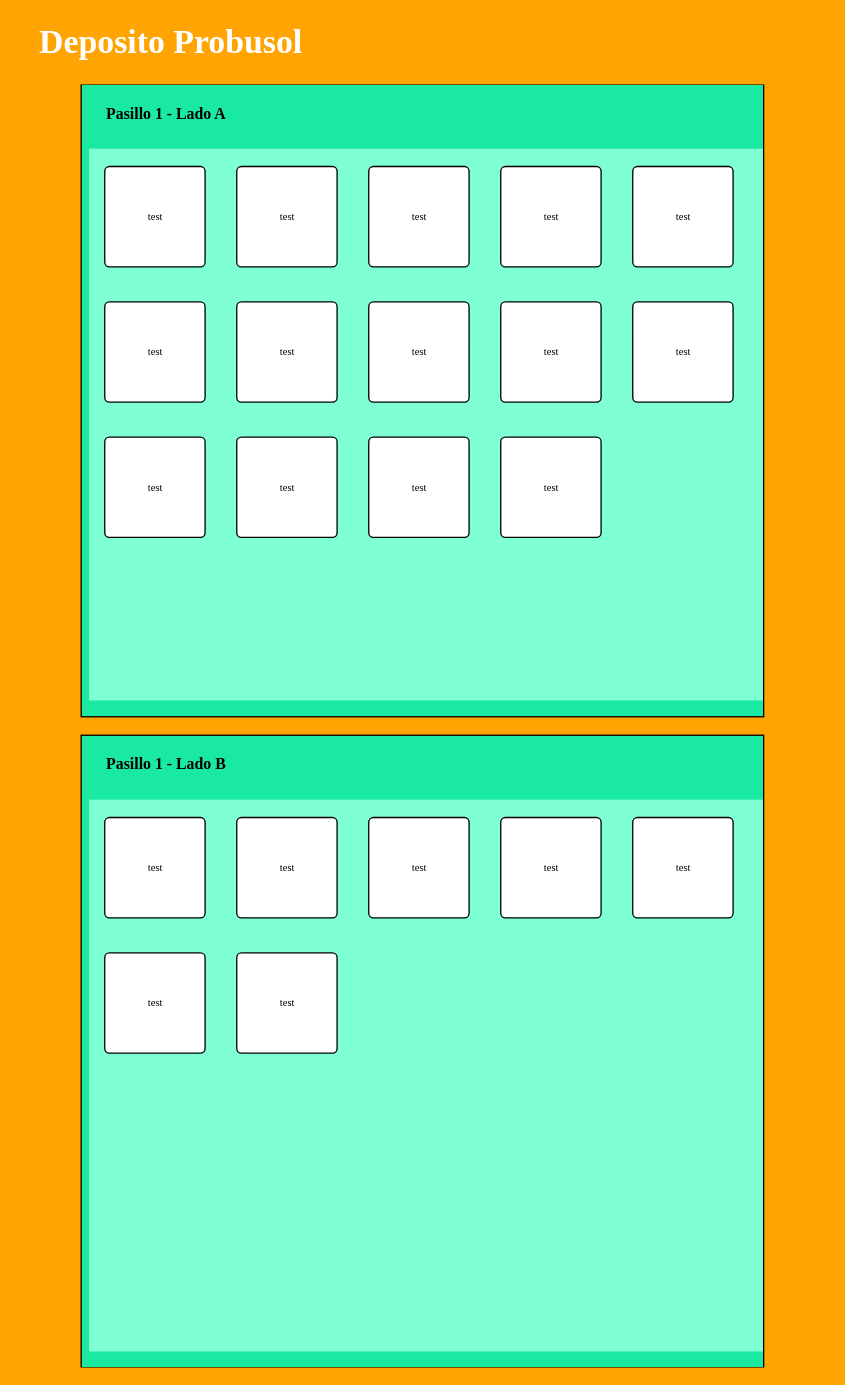
Repository: Franzcod/DepoStock_Web
Page: index.html
These files come from the project's save history. The page is drawn as it stood at one moment and after the next save; the edit follows.
The browser window is 1280 px wide. The pictures show the whole page, at 66% of full size.

Above is the page before, as saved 2020-06-07 18:23:06.
Console error: ReferenceError: ur is not defined

### index.html
<!DOCTYPE html>
<html lang="en">
<head>
    <meta charset="UTF-8">
    <meta name="viewport" content="width=device-width, initial-scale=1.0">
    <title>Deposito Probusol</title>

    <link rel="stylesheet" href="estilo/estilo.css">
</head>
<body>

    <div class="titulo">
        <h1>Deposito Probusol</h1>
    </div>


    <div class="app">
        <h2>Pasillo 1 - Lado A</h2>

        <ul class="hs">
            <li class="item">test</li>
            <li class="item">test</li>
            <li class="item">test</li>
            <li class="item">test</li>
            <li class="item">test</li>
            <li class="item">test</li>
            <li class="item">test</li>
            <li class="item">test</li>
            <li class="item">test</li>
            <li class="item">test</li>
            <li class="item">test</li>
            <li class="item">test</li>
            <li class="item">test</li>
            <li class="item">test</li>
            <li class="item">test</li>
            <li class="item">test</li>
            <li class="item">test</li>
            <li class="item">test</li>
            <li class="item">test</li>
            <li class="item">test</li>
            <li class="item">test</li>
            <li class="item">test</li>
            <li class="item">test</li>
            <li class="item">test</li>

        </ul>

        <!-- <div class="container">
            <div class="item">
            <h3>Block for context</h3>
            </div>
        </div> -->
    </div>

    <div class="app">
        <h2>Pasillo 1 - Lado B</h2>

        <ul class="hs">
            <li class="item">test</li>
            <li class="item">test</li>
            <li class="item">test</li>
            <li class="item">test</li>
            <li class="item">test</li>
            <li class="item">test</li>
            <li class="item">test</li>
            <li class="item">test</li>
            <li class="item">test</li>
            <li class="item">test</li>
            <li class="item">test</li>
            <li class="item">test</li>

        </ul>

        <!-- <div class="container">
            <div class="item">
            <h3>Block for context</h3>
            </div>
        </div> -->
    </div>






    <script>ur</script>

</body>







</html>

### estilo/estilo.css
html{
    background-color: rgba(255, 164, 0, 1);
}

.titulo{
    margin: 2vw 4vw;
    align-items: flex-start;
    color: #fff;
    font-size: 2vw;
}


:root {
--gutter: 20px;
}

.app {
    padding: 10px;
    display: grid;
    grid-gap: var(--gutter) 0;
    border: 2px solid black;
    /* grid-template-columns: var(--gutter) 1fr var(--gutter);  */
    align-content: start;
    width: 80%;
    height: 75%;
    background: rgb(26, 233, 161);
    /* overflow-y: scroll; */
    margin: 2vw auto;
    overflow-x: auto;
}


.hs {
    display: grid;
    grid-template-columns: repeat(10, 1fr);
    grid-template-rows: repeat(4, 2fr);
    overflow-x: auto;
    /* scroll-snap-type: x proximity; */
    padding-bottom: calc(.75 * var(--gutter));
    margin-bottom: 1vw;
    background-color: aquamarine;
    width: 2000px;
}

/* Demo styles */

ul {
    list-style: none;
    padding: 0;
    margin: 0;
}


h2{
    margin-left: 2vw;
}
h3 {
    margin: auto;
}



.hs > li,
.item {
    /* scroll-snap-align: center; */
    /* padding: 2px;  */
    display: flex;
    flex-direction: column;
    justify-content: center;
    align-items: center;
    background: #fff;
    border: 2px solid black;
    border-radius: 8px;
    height: 150px;
    width: 150px;
    margin: 2vw auto;

}

After the next save:
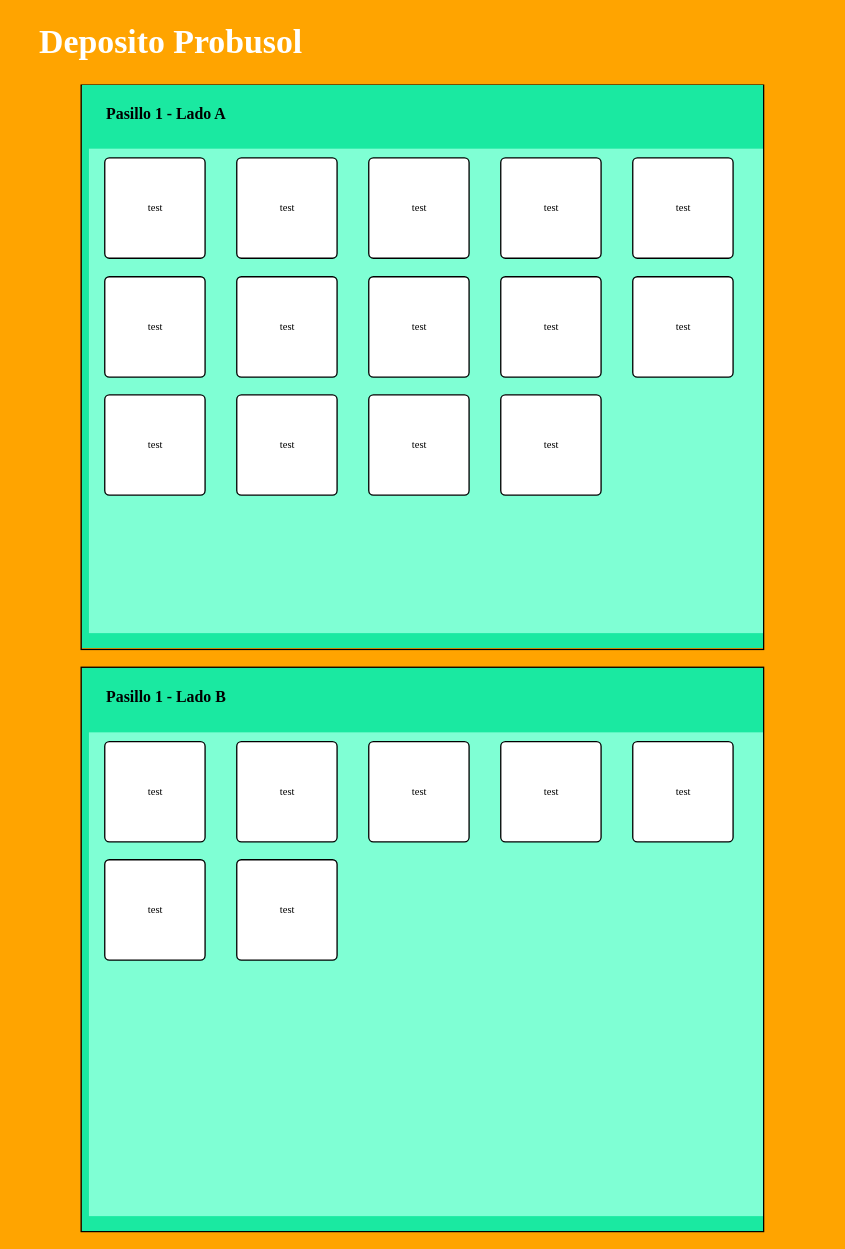
Saved 62 s later.
--- a/estilo/estilo.css
+++ b/estilo/estilo.css
@@ -73,6 +73,6 @@ h3 {
     border-radius: 8px;
     height: 150px;
     width: 150px;
-    margin: 2vw auto;
+    margin: 1vw auto;
 
 }
